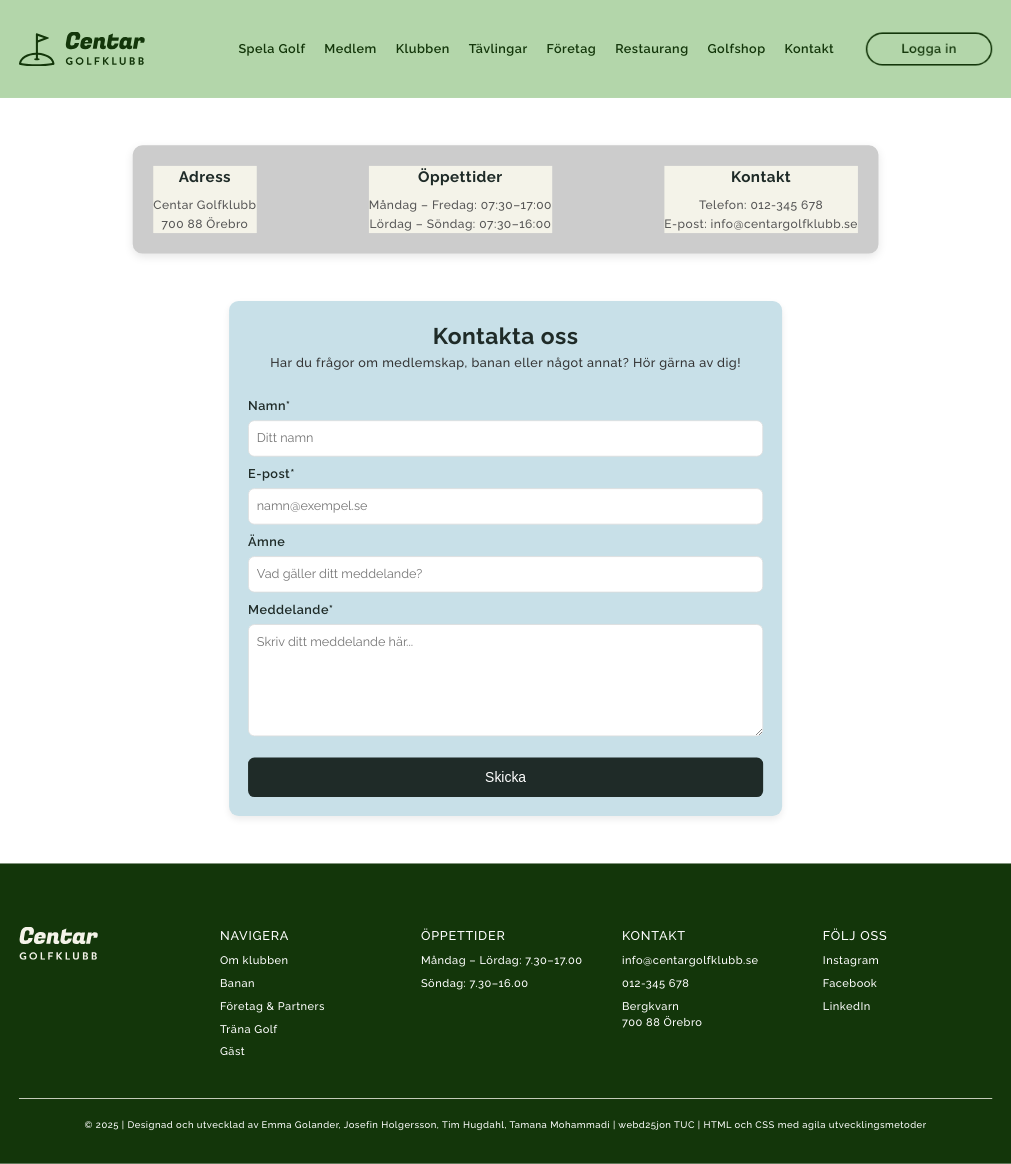
Repository: Tamana831/GolfklubbCentar
Page: kontakt.html
The author's editor kept a copy of each file at every save. The page is drawn from the files as they stood at one save, then again after the next save.
The browser window is 1280 px wide. The pictures show the whole page, at 79% of full size.

Above is the page before, as saved 2025-10-21 20:31:09.

### kontakt.html
<!DOCTYPE html>
<html lang="sv">
  <head>
    <meta charset="UTF-8" />
    <meta name="viewport" content="width=device-width, initial-scale=1.0" />
    <title>Kontakta oss</title>

    <!-- Grundstilar -->
    <link rel="stylesheet" href="styles/variables.css" />
    <link rel="stylesheet" href="styles/base.css" />
    <link rel="stylesheet" href="styles/kontakt.css"/>


   </head>

  <body>
    <!-- HEADER -->
    <header class="bg-green-mid header-start">
      <nav class="container main-nav-wrapper">
        <a href="index.html">
          <img src="images/centar_logotype_primary_dark.svg" alt="Centar logotype" class="logotype" />
        </a>

        <input type="checkbox" id="menu-toggle" />
        <label for="menu-toggle" class="menu-button-container">
          <span class="menu-button"></span>
        </label>

        <div class="menu-wrapper">
          <ul>
            <li><a href="spelagolf.html">Spela Golf</a></li>
            <li><a href="#">Medlem</a></li>
            <li><a href="#">Klubben</a></li>
            <li><a href="#">Tävlingar</a></li>
            <li><a href="#">Företag</a></li>
            <li><a href="#">Restaurang</a></li>
            <li><a href="#">Golfshop</a></li>
            <li><a href="kontakt.html" class="active">Kontakt</a></li>
          </ul>
          <a href="#" class="button btn-primary-outline">Logga in</a>
        </div>
      </nav>
    </header>

    <!-- KONTAKT-BOXAR -->
    <section class="contact-wrapper">
      <div class="contact-card">
        <h2>Adress</h2>
        <p>Centar Golfklubb<br />700 88 Örebro</p>
      </div>

      <div class="contact-card">
        <h2>Öppettider</h2>
        <p>Måndag – Fredag: 07:30–17:00<br />Lördag – Söndag: 07:30–16:00</p>
      </div>

      <div class="contact-card">
        <h2>Kontakt</h2>
        <p>Telefon: 012-345 678<br />E-post: info@centargolfklubb.se</p>
      </div>
    </section>

    <!-- FORMULÄR -->
    <section class="contact-container">
      <header class="contact-header">
        <h1>Kontakta oss</h1>
        <p>Har du frågor om medlemskap, banan eller något annat? Hör gärna av dig!</p>
      </header>

      <form class="contact-form">
        <label for="name">Namn*</label>
        <input type="text" id="name" required placeholder="Ditt namn" />

        <label for="email">E-post*</label>
        <input type="email" id="email" required placeholder="namn@exempel.se" />

        <label for="subject">Ämne</label>
        <input type="text" id="subject" placeholder="Vad gäller ditt meddelande?" />

        <label for="message">Meddelande*</label>
        <textarea id="message" rows="5" required placeholder="Skriv ditt meddelande här..."></textarea>

        <button type="submit">Skicka</button>
      </form>
    </section>

    <!-- FOOTER -->
    <footer class="bg-green-dark">
      <div class="container text-white footer-wrapper">
        <nav class="foot-nav-wrapper body-sm">
          <div class="foot-nav-item foot-logo-wrapper">
            <a href="index.html">
              <img src="images/centar_logo_wordmark_neg.svg" alt="Centar logotype negative" class="logo-wordmark" />
            </a>
          </div>

          <section class="foot-nav-item">
            <h5 class="overline">Navigera</h5>
            <ul>
              <li><a href="#">Om klubben</a></li>
              <li><a href="#">Banan</a></li>
              <li><a href="#">Företag & Partners</a></li>
              <li><a href="#">Träna Golf</a></li>
              <li><a href="#">Gäst</a></li>
            </ul>
          </section>

          <section class="foot-nav-item">
            <h5 class="overline">Öppettider</h5>
            <p>Måndag – Lördag: 7.30–17.00</p>
            <p>Söndag: 7.30–16.00</p>
          </section>

          <section class="foot-nav-item">
            <h5 class="overline">Kontakt</h5>
            <a href="mailto:info@centargolfklubb.se">info@centargolfklubb.se</a>
            <a href="tel:+46123456789">012-345 678</a>
            <address>Bergkvarn<br />700 88 Örebro</address>
          </section>

          <section class="foot-nav-item">
            <h5 class="overline">Följ oss</h5>
            <ul>
              <li><a href="#">Instagram</a></li>
              <li><a href="#">Facebook</a></li>
              <li><a href="#">LinkedIn</a></li>
            </ul>
          </section>
        </nav>

        <div class="byline-wrapper text-center">
          <p>
            &copy; 2025 | Designad och utvecklad av Emma Golander, Josefin
            Holgersson, Tim Hugdahl, Tamana Mohammadi | webd25jon TUC |
            HTML och CSS med agila utvecklingsmetoder
          </p>
        </div>
      </div>
    </footer>
  </body>
</html>

### styles/variables.css
/* Variabler. I och med att vi lägger det i root så går de att nå i alla css-filer.*/
:root {
  /* FÄRGER */
  --color-green-dark: #13360a;
  --color-green-mid: #b3d6aa;
  --color-green-light: #ecf6e9;
  --color-green-accent: #14bf71;

  --color-blue-mid: #c8e0e8;
  --color-blue-light: #e4f0f4;
  --color-beige-light: #f4f3e9;

  --color-text-black: #262626;
  --color-text-grey: #3d3d3d;
  --color-text-white: #ffffff;

  /* SPACING */
  --space-xxs: 0.5rem; /* 8px, minsta avstånd, typ ikoner, små knappar*/
  --space-xs: 1rem; /* 16px, litet avstånd, tex mellan text och knapp  */
  --space-sm: 1.5rem; /* 24px, lite större, ofta mellan rubrik och text */
  --space-md: 2.5rem; /* 40px, ännu lite större, ofta mellan större rubrik och text */
  --space-lg: 3.5rem; /* 56px */
  --space-xl: 5rem; /* 80px, större block, typ mellan sektioner*/
  --space-xxl: 7.5rem; /* 120px, stort avstånd mellan sektioner */
}

### styles/base.css
@import url("https://fonts.googleapis.com/css2?family=Raleway:ital,wght@0,100..900;1,100..900&display=swap");
/* Reset */
* {
  box-sizing: border-box;
  margin: 0;
  padding: 0;
  line-height: 1.5;
}

body {
  color: var(--color-text-black); /* Textfärg för hela sidan */
  font-family: "Raleway", sans-serif;
  font-weight: 500;
  letter-spacing: 0.6px;
  -webkit-font-smoothing: antialiased;
  -moz-osx-font-smoothing: grayscale;
}

/* Klassen container styr sidans maxbredd. */
.container {
  margin: 0 auto;
  max-width: 1280px;
  /* Är det för tight padding i mobil?? */
  padding-left: var(--space-sm);
  padding-right: var(--space-sm);
}
/* @media (min-width: 768px) {
  .container {
    padding-left: var(--space-sm);
    padding-right: var(--space-sm);
  }
} */

/* ---------- BAKGRUNDSFÄRG styling  ---------- */
/* Gör vad som känns enklast, antingen med klass på html-elmentet eller med hjälp av css direkt på elementet. */
.bg-green-dark {
  background-color: var(--color-green-dark);
}
.bg-green-mid {
  background-color: var(--color-green-mid);
}
.bg-green-light {
  background-color: var(--color-green-light);
}
.bg-blue-mid {
  background-color: var(--color-blue-mid);
}
.bg-blue-light {
  background-color: var(--color-blue-light);
}
.bg-beige-light {
  background-color: var(--color-beige-light);
}

/* ---------- TEXT styling ---------- */
/* Utgår från mobil och skalar upp, se media queries */
/* text- för rubriker */
.text-xxl,
.text-xl,
.text-lg,
.text-md,
.text-sm {
  font-weight: 600;
  letter-spacing: normal; /* nollställer letter-spacing som är satt i body */
  line-height: 1.2;
}
.text-xxl {
  font-size: 2.5rem; /* 40px mobil, 64px desktop */
}
.text-xl {
  font-size: 2rem; /* 32px mobil, 48px desktop */
  margin-bottom: var(--space-md);
}
.text-lg {
  font-size: 1.75rem; /* 28px mobil, 32px desktop */
  margin-bottom: var(--space-sm);
}
.text-md {
  font-size: 1.25rem; /* 20px mobil, 24px desktop */
  margin-bottom: var(--space-xs);
}
.text-sm {
  font-size: 1rem; /* 16px */
  margin-bottom: var(--space-xs);
}
/* body- för brödtext och ingress */
.body-sm {
  font-size: 0.875rem; /* 14px */
}
.body {
  font-size: 1rem; /* 16px */
}
.body-lg {
  font-size: 1rem; /* 16px mobil, 20px desktop */
}
.overline {
  font-size: 1rem; /* 16px */
  font-weight: 500;
  text-transform: uppercase;
  letter-spacing: 1px;
}
/* Större px-storlek från tablet och uppåt */
@media (min-width: 768px) {
  .text-xxl {
    font-size: 4rem; /* 64px */
  }
  .text-xl {
    font-size: 3rem; /* 48px */
  }
  .text-lg {
    font-size: 2rem; /* 32px */
  }
  .text-md {
    font-size: 1.5rem; /* 24px */
  }
  .body-lg {
    font-size: 1.25rem; /* 20px */
  }
}
/* Hjälpklasser */
.text-center {
  text-align: center;
}
.text-white {
  color: var(--color-text-white);
}
.bold {
  font-weight: 700;
}
/* ----------  BUTTONS ---------- */
/* Grundstyling som gäller alla knappar (a-taggar och buttons) */
.button {
  /* Button reset */
  appearance: none; /* tar bort systemets knappstil. */
  -webkit-appearance: none; /* för Safari */
  -moz-appearance: none; /* för Firefox */
  border: none;
  font: inherit; /* Ärver samma font som sidan */
  /* Sätter fast höjd på knappar och justerar in med flex, så man vet att alla knappat alltid är lika höga. */
  height: 42px;
  width: fit-content;
  max-width: 100%;
  display: flex;
  justify-content: center;
  align-items: center;
  text-decoration: none;
  font-weight: 600;
  text-align: center;
  border-radius: 999px;
  padding: 0 var(--space-md); /* Enbart padding i sidled pga fast höjd och flex*/
  cursor: pointer;
  will-change: transform;
  transition: background-color 0.25s ease, transform 0.15s ease;
}
.button:hover {
  transform: scale(1.03);
}
.btn-primary {
  /* Mörkgrön */
  background-color: var(--color-green-dark);
  color: var(--color-beige-light);
}
.btn-cta {
  background-color: var(--color-green-accent);
  color: var(--color-text-white);
}
.btn-primary:hover,
.btn-cta:hover {
  background-color: color-mix(in srgb, var(--color-green-accent) 85%, black);
}
.btn-primary-outline {
  /* Mörkgrön outline */
  border: 2px solid var(--color-green-dark);
  background-color: transparent;
  color: var(--color-green-dark);
}
.btn-primary-outline:hover {
  background-color: var(--color-green-dark);
  color: var(--color-beige-light);
}
/* Focus ring t.ex. när man tabbar sig fram */
.button:focus-visible {
  outline: 3px solid color-mix(in srgb, var(--color-green-accent) 70%, white);
  outline-offset: 3px;
}
@media (max-width: 420px) {
  .button {
    height: auto;
    min-height: 42px;
    padding: 0.5rem var(--space-md);
    white-space: normal;
    line-height: 1.2;
  }
}

/* ---------- NAVIGATION ---------- */
.main-nav-wrapper {
  display: flex;
  justify-content: space-between;
  align-items: center;
  position: relative;
  padding-top: var(--space-sm);
  padding-bottom: var(--space-sm);
}
.logotype {
  width: 140px;
  /* Tar bort margin i botten på bild */
  display: block;
}
.menu-wrapper {
  position: absolute;
  top: 100%; /* lägger meny precis under nav */
  left: 0;
  right: 0;
  background-color: var(--color-green-mid);
  border-top: 1px solid var(--color-green-dark);
  box-shadow: 0 4px 16px 0 rgba(0, 0, 0, 0.08);
  display: flex;
  flex-direction: column;
  padding: var(--space-sm) var(--space-sm) var(--space-lg) var(--space-sm);
  gap: var(--space-xs); /* Avstånd mellan meny och knapp */
  /* Animerar opaciteten */
  max-height: 0;
  opacity: 0;
  overflow: hidden;
  transition: all 700ms cubic-bezier(0.23, 1, 0.32, 1);
}
.menu-wrapper li {
  list-style: none;
  font-size: 1.25rem;
  margin-bottom: var(--space-xs);
}
.menu-wrapper a {
  text-decoration: none;
  color: var(--color-green-dark);
  font-weight: 600;
  transition: background-color 0.5s;
}
.menu-wrapper li a:hover,
.menu-wrapper li a.current {
  padding-bottom: 4px;
  border-bottom: 2px solid var(--color-green-dark);
}
/* Styling hamburgerikon */
.menu-button-container {
  height: 100%;
  width: 32px;
  cursor: pointer;
  display: flex;
  flex-direction: column;
  justify-content: center;
  align-items: center;
}
/* Döljer själva checkboxen*/
#menu-toggle {
  display: none;
}
/* Checkbox (hamburgermenyn) kryssad, menyn visas */
#menu-toggle:checked ~ .menu-wrapper {
  max-height: 600px;
  opacity: 1;
}
/* Hamburgerikonens transformation till ett "X" */
#menu-toggle:checked + .menu-button-container .menu-button::before {
  margin-top: 0;
  transform: rotate(45deg);
}
#menu-toggle:checked + .menu-button-container .menu-button {
  background: transparent;
}
#menu-toggle:checked + .menu-button-container .menu-button::after {
  margin-top: 0;
  transform: rotate(-45deg);
}
/* Stylar "strecken" i hamburgermenyn  */
.menu-button,
.menu-button::before,
.menu-button::after {
  display: block;
  background-color: var(--color-green-dark);
  position: absolute;
  height: 3px;
  width: 30px;
  border-radius: 2px;
  transition: transform 400ms cubic-bezier(0.23, 1, 0.32, 1);
}
.menu-button::before {
  content: "";
  margin-top: -8px;
}
.menu-button::after {
  content: "";
  margin-top: 8px;
}
/* Desktop */
@media (min-width: 1024px) {
  .main-nav-wrapper {
    align-items: flex-start;
    padding-top: var(--space-md);
    padding-bottom: var(--space-md);
  }
  .logotype {
    width: 200px;
    padding-right: var(--space-md);
  }
  .menu-button-container {
    display: none; /* Döljer hamburgarikon */
  }
  .menu-wrapper {
    position: static;
    background-color: transparent;
    display: flex;
    flex-direction: row;
    align-items: flex-start;
    padding: 0;
    gap: var(--space-md); /* Avstånd mellan meny och knapp */
    box-shadow: none;
    border-top: none;
    /* Återställer styling för animering */
    max-height: none;
    opacity: 1;
    overflow: visible;
    transition: none;
  }
  .menu-wrapper ul {
    display: flex;
    flex-wrap: wrap;
    justify-content: center;
    align-items: center;
    column-gap: var(--space-sm);
    row-gap: var(--space-xs);
  }
  .menu-wrapper li {
    margin-bottom: 0;
    font-size: 1rem;
  }
  .menu-wrapper .button {
    min-width: 160px; /* Måste sätta bredd annars vill texten hamna på två rader */
  }
}
@media (min-width: 1200px) {
  .main-nav-wrapper {
    align-items: center;
  }
  .menu-wrapper {
    align-items: center;
  }
}

/* Exempel-styling */
.hero {
  display: flex;
  flex-direction: column;
  justify-content: center;
  align-items: center;
  background-color: plum; /* Färg och höjd för att man ska se något nu.*/
  height: 500px;
  margin-bottom: var(--space-xl);
}
.btn-wrapper {
  display: flex;
  gap: var(--space-xs);
}

/* ----------  FOOTER ---------- */
/* Container-klassen styr padding i sidled så sätter top och bottom här. */
.footer-wrapper {
  padding-top: var(--space-xl);
  padding-bottom: var(--space-md);
}
.foot-nav-wrapper {
  display: grid; /* Grid aktiverad från start */
  grid-template-columns: 1fr;
  gap: var(--space-md); /* Mellanrum mellan sektioner */
  margin-bottom: var(--space-md);
}
footer .logo-wordmark {
  width: 100px;
}
footer .overline {
  margin-bottom: var(--space-xxs);
}
.foot-nav-item a,
.foot-nav-item p,
.foot-nav-item address {
  margin-bottom: var(--space-xxs);
  font-style: normal;
}
.foot-nav-item li {
  list-style: none;
}
.foot-nav-item a {
  display: block;
  text-decoration: none;
  color: var(--color-text-white);
}
.foot-nav-item a:hover {
  text-decoration: underline;
}
.byline-wrapper {
  border-top: 0.5px solid var(--color-beige-light);
}
.byline-wrapper p {
  font-size: 0.75rem;
  padding-top: var(--space-sm);
}
/* Tablet */
@media (min-width: 768px) {
  .foot-nav-wrapper {
    grid-template-columns: repeat(3, 1fr);
  }
  .foot-logo-wrapper {
    grid-column: span 3;
  }
}
/* Desktop */
@media (min-width: 1200px) {
  .foot-nav-wrapper {
    grid-template-columns: repeat(5, 1fr);
  }
  .foot-logo-wrapper {
    grid-column: span 1;
  }
}

### styles/kontakt.css
/* --- KONTAKT-SEKTION --- */
.contact-wrapper {
  display: flex;
  justify-content: space-between;
  align-items: stretch; /* alla boxar lika höga */
  gap: 24px;
  max-width: 944px;
  margin: 60px auto;
  border: 2px solid #ccc;
  border-radius: 12px;
  background: #ccc; /* bakgrundsfärg för hela kontaktboxen */
  box-shadow: 0 4px 12px rgba(0, 0, 0, 0.1);
  padding: 24px;
  flex-wrap: nowrap; /* boxarna ligger bredvid varandra */
}

.contact-card {
  text-align: center;
  background: #F4F3E9; /* färg för varje liten box */
}

.contact-card:hover {
  transform: translateY(-3px);
}

.contact-card h2 {
  font-size: 1.2rem;
  margin-bottom: 10px;
  color: #1f2b28;
}

.contact-card p {
  font-size: 0.95rem;
  color: #555;
  line-height: 1.5;
}

/*--- FORMULÄR ---*/
.contact-container {
  max-width: 700px;
  margin: 60px auto;
  padding: 24px;
  background: #C8E0E8; /* samma bakgrundsfärg som huvudboxen */
  border-radius: 12px;
  box-shadow: 0 4px 10px rgba(0, 0, 0, 0.08);
}

.contact-header {
  text-align: center;
  margin-bottom: 30px;
}

.contact-header h1 {
  font-size: 1.8rem;
  color: #1f2b28;
}

.contact-header p {
  color: #333;
  font-size: 1rem;
}

.contact-form label {
  display: block;
  margin-top: 10px;
  font-weight: 600;
  color: #1f2b28;
}

.contact-form input,
.contact-form textarea {
  width: 100%;
  padding: 10px;
  margin-top: 6px;
  border: 1px solid #ddd;
  border-radius: 8px;
  font-size: 1rem;
  font-family: inherit;
  background: #fff;
}

.contact-form button {
  margin-top: 20px;
  width: 100%;
  padding: 12px;
  background: #1f2b28;
  color: white;
  border: none;
  border-radius: 8px;
  cursor: pointer;
  font-size: 1.1rem;
  transition: background 0.2s ease;
}

.contact-form button:hover {
  background: #3a4a46;
}

/* --- Responsiv design --- */
@media (max-width: 768px) {
  .contact-wrapper {
    flex-direction: column; /* staplar boxarna på mobil */
    padding: 20px;
  }

  .contact-card {
    width: 100%;
    min-height: auto; /* höjd anpassas på mobil */
  }

  .contact-container {
    margin: 30px 16px;
    padding: 20px;
  }
}

After the next save:
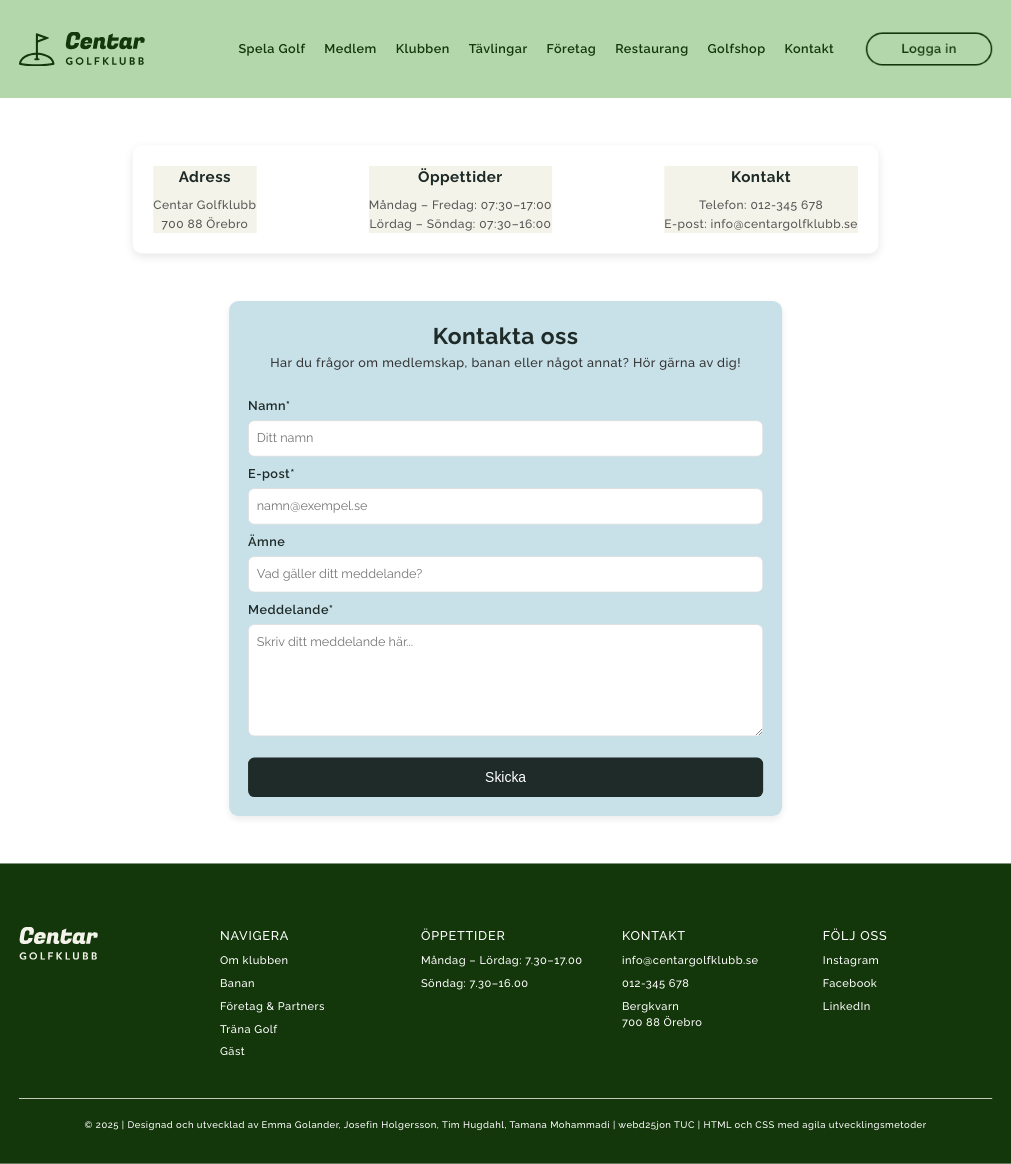
Saved 93 s later.
--- a/styles/kontakt.css
+++ b/styles/kontakt.css
@@ -6,9 +6,9 @@
   gap: 24px;
   max-width: 944px;
   margin: 60px auto;
-  border: 2px solid #ccc;
+  border: 2px solid #fff;
   border-radius: 12px;
-  background: #ccc; /* bakgrundsfärg för hela kontaktboxen */
+  background: #fff; /* bakgrundsfärg för hela kontaktboxen */
   box-shadow: 0 4px 12px rgba(0, 0, 0, 0.1);
   padding: 24px;
   flex-wrap: nowrap; /* boxarna ligger bredvid varandra */
